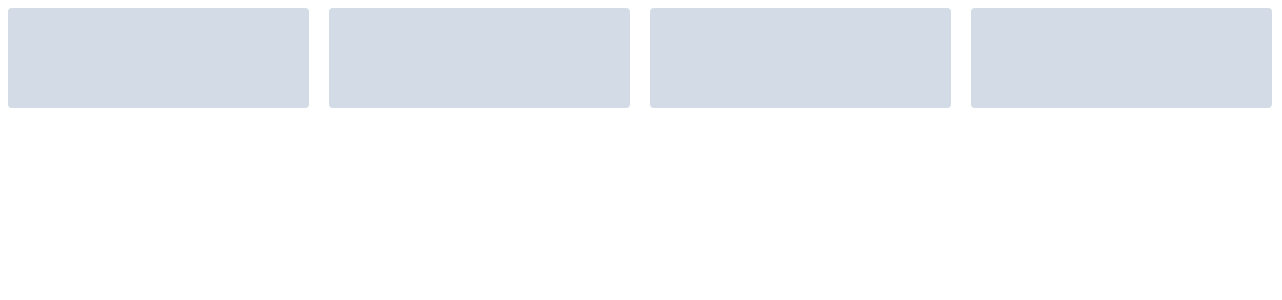
Repository: lagezhou888/element-vue2
Page: /#/button
These files come from the project's save history. The page is drawn as it stood at one moment and after a run of saves; the edit follows.
The browser window is 1280 px wide. The page is 1282 px wide, so the pictures cover 1282 px, including what lies to the right of the window. The pictures show the whole page.
The project was rebuilt for these pictures with package versions that can differ from the ones it lists, and the page was loaded fresh each time. Also part of the build but not shown: src/components/HelloWorld.vue, src/views/Home.vue.

Above is the page before, as saved 2021-05-13 10:25:22.

After the next 3 saves:
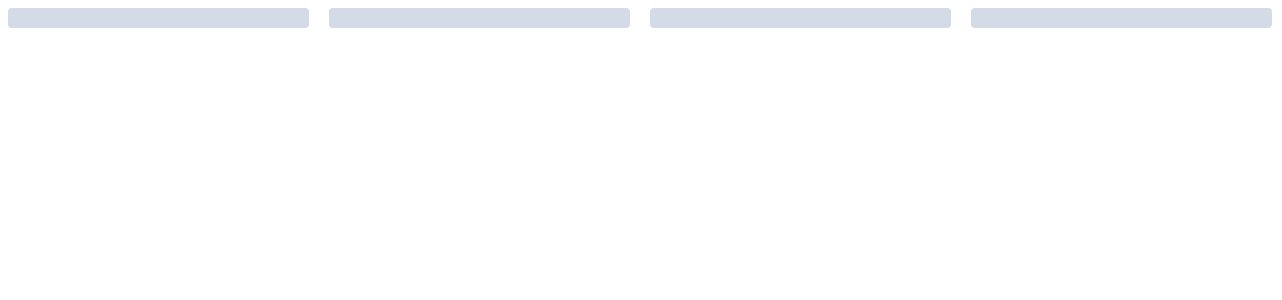
The 3 saves are shown as one change because 2 did not build or start.
The last was saved 2 min 46 s later.
--- a/src/views/components/use-button.vue
+++ b/src/views/components/use-button.vue
@@ -34,7 +34,10 @@
   }
   .grid-content {
     border-radius: 4px;
-    min-height: @minH
+    min-height: @minH;
+    &:last-child {
+      min-height: 20px;
+    }
   }
   .row-bg {
     padding: 10px 0;

After the save that followed:
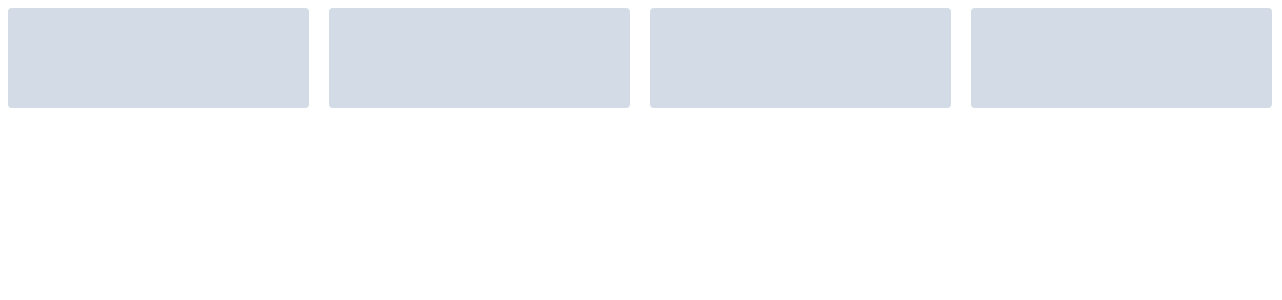
Saved 19 s later.
--- a/src/views/components/use-button.vue
+++ b/src/views/components/use-button.vue
@@ -36,7 +36,7 @@
     border-radius: 4px;
     min-height: @minH;
     &:last-child {
-      min-height: 20px;
+      height: 20px;
     }
   }
   .row-bg {
